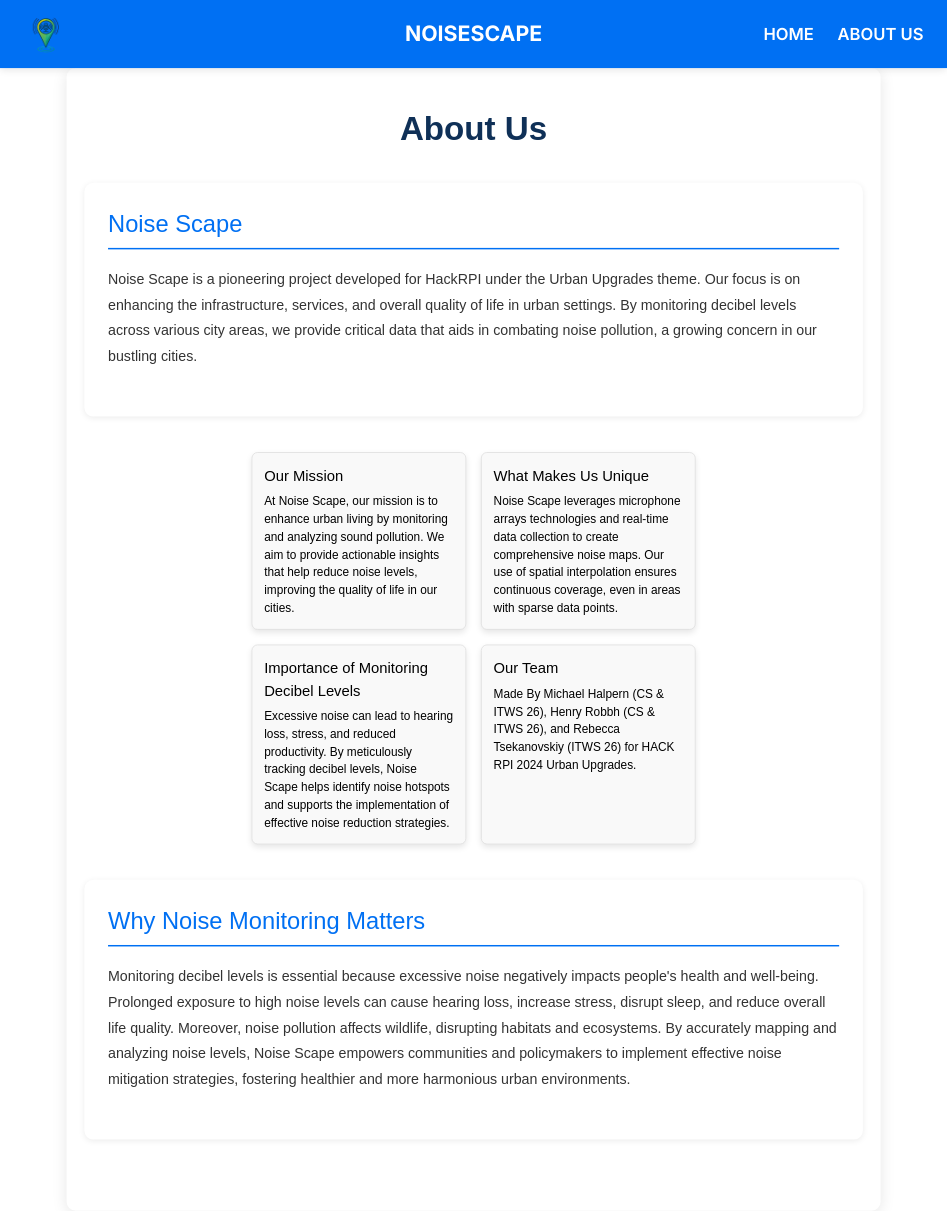
Repository: michaelhelper/HackRPI24
Page: /aboutUs (app in nextjs-dashboard/)
An editor plug-in stored every save of this project. The page is shown before and after the next save, followed by the edit.
The browser window is 1280 px wide. The pictures show the whole page, at 74% of full size.
Some web fonts or font styles are not loaded; a fallback is used. The project was rebuilt for these pictures with package versions that can differ from the ones it lists, and the page was loaded fresh each time. The framework's server and built-in components were replaced by stand-ins that run in the browser. Also part of the build but not shown: nextjs-dashboard/next.config.ts.

Above is the page before, as saved 2024-11-10 10:58:27.

After the next save:
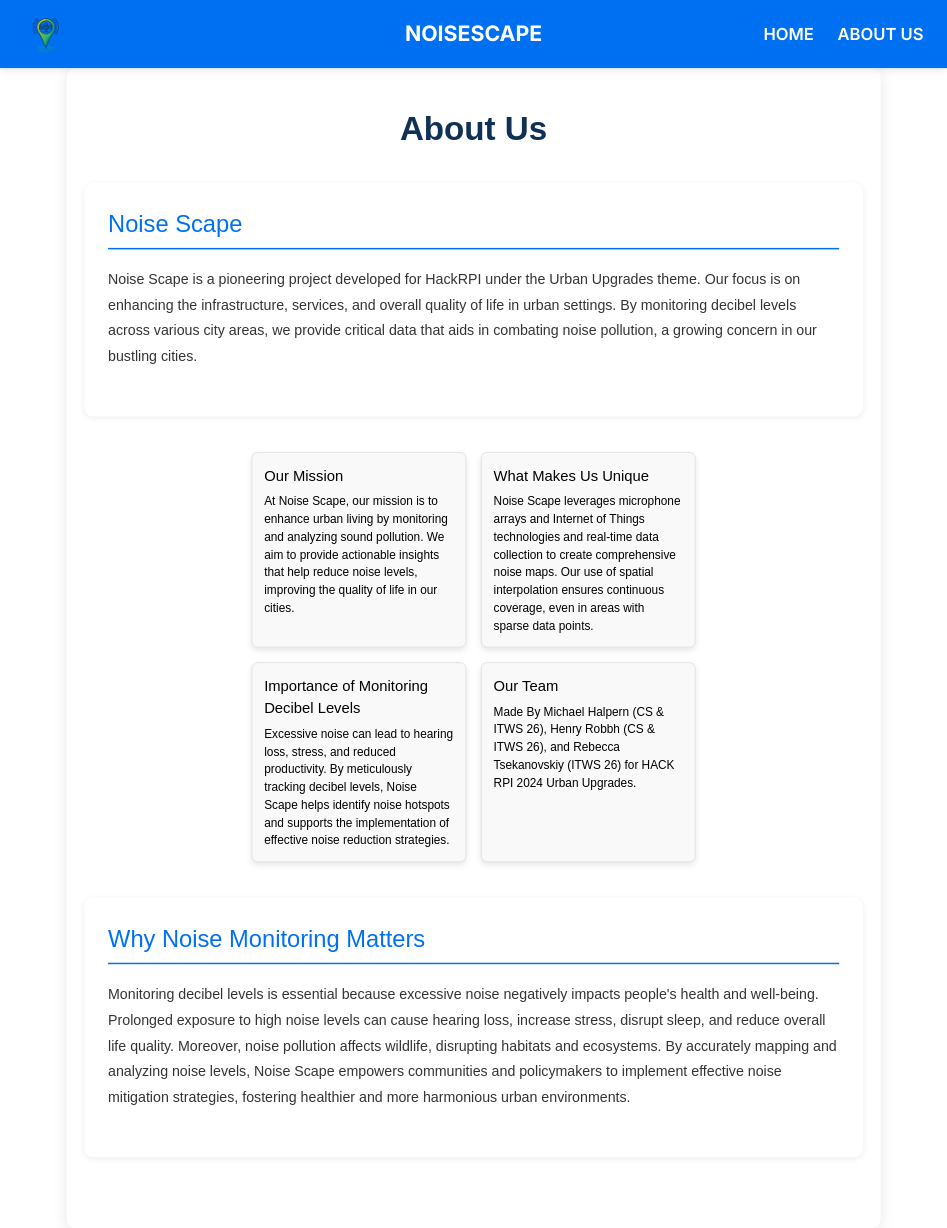
Saved 8 s later.
--- a/nextjs-dashboard/app/aboutus.tsx
+++ b/nextjs-dashboard/app/aboutus.tsx
@@ -15,7 +15,7 @@ const AboutUs: React.FC = () => {
     {
       title: 'What Makes Us Unique',
       content:
-        'Noise Scape leverages microphone arrays  technologies and real-time data collection to create comprehensive noise maps. Our use of spatial interpolation ensures continuous coverage, even in areas with sparse data points.',
+        'Noise Scape leverages microphone arrays and Internet of Things  technologies and real-time data collection to create comprehensive noise maps. Our use of spatial interpolation ensures continuous coverage, even in areas with sparse data points.',
     },
     {
       title: 'Importance of Monitoring Decibel Levels',
